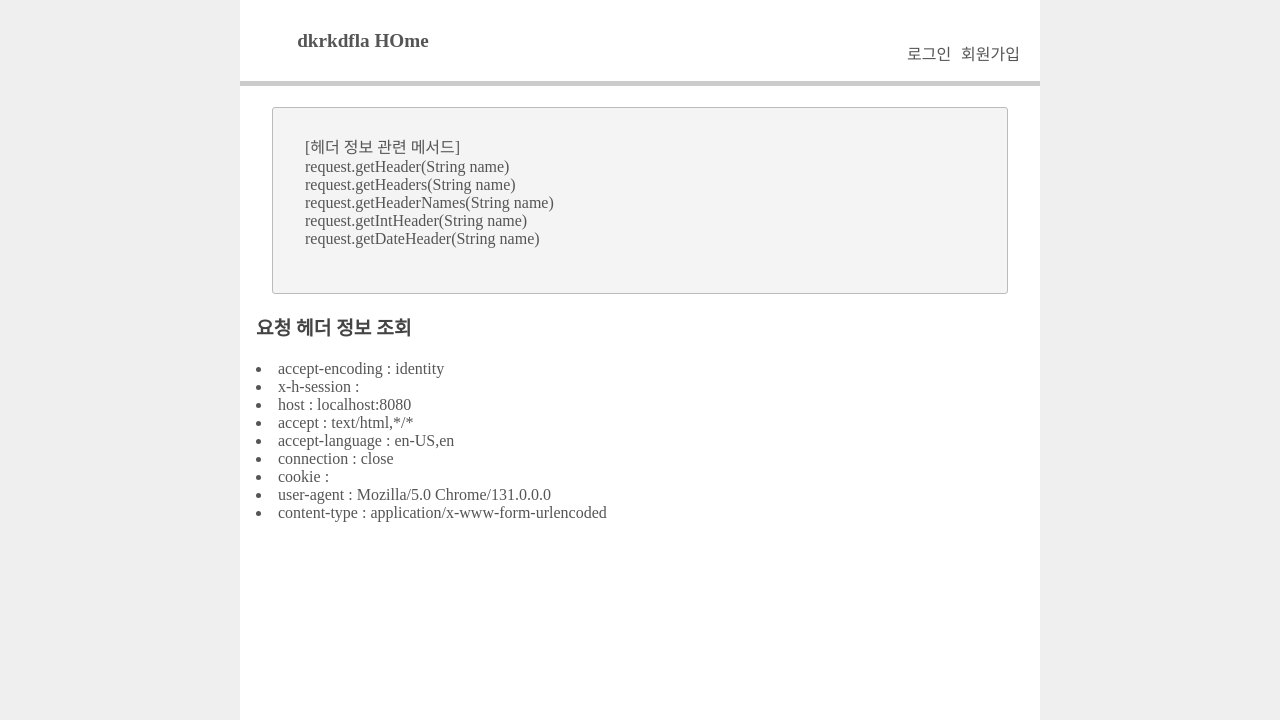
Repository: Dusajang/JSPClass
Page: http://localhost/jspPro/days03/ex06.jsp
These files come from the project's save history. The page is drawn as it stood at one moment and after the next save; the edit follows.
The browser window is 1280 px wide. The pictures show the whole page.
Some web fonts or font styles are not loaded; a fallback is used. The page is served by Tomcat 9.

Above is the page before, as saved 2024-10-17 06:12:09.

After the next save:
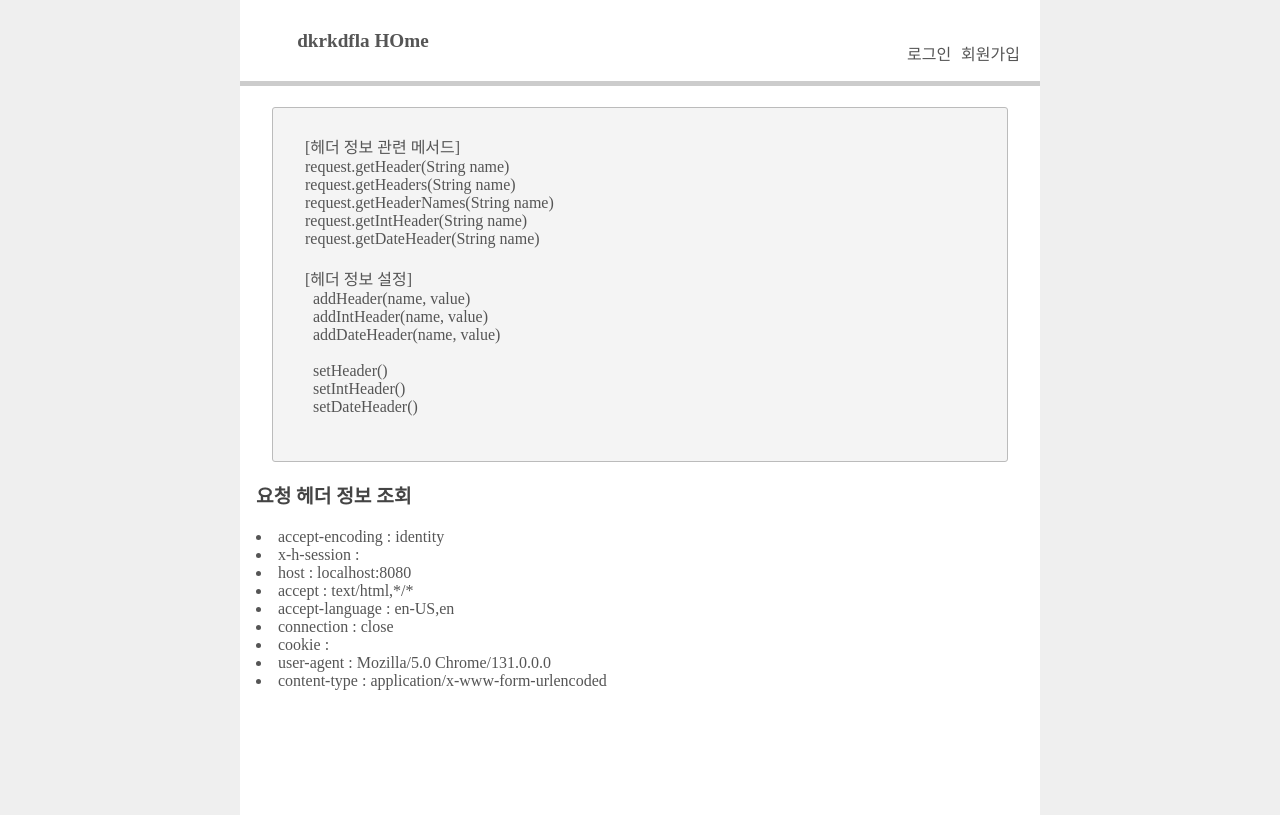
Saved 61 s later.
--- a/jspPro/src/main/webapp/days03/ex06.jsp
+++ b/jspPro/src/main/webapp/days03/ex06.jsp
@@ -34,6 +34,15 @@
     request.getIntHeader(String name)
     request.getDateHeader(String name)
 
+    [헤더 정보 설정]
+      addHeader(name, value)
+      addIntHeader(name, value)
+      addDateHeader(name, value)
+
+      setHeader()
+      setIntHeader()
+      setDateHeader()
+
   </xmp>
   <h3>요청 헤더 정보 조회</h3>
   <%
